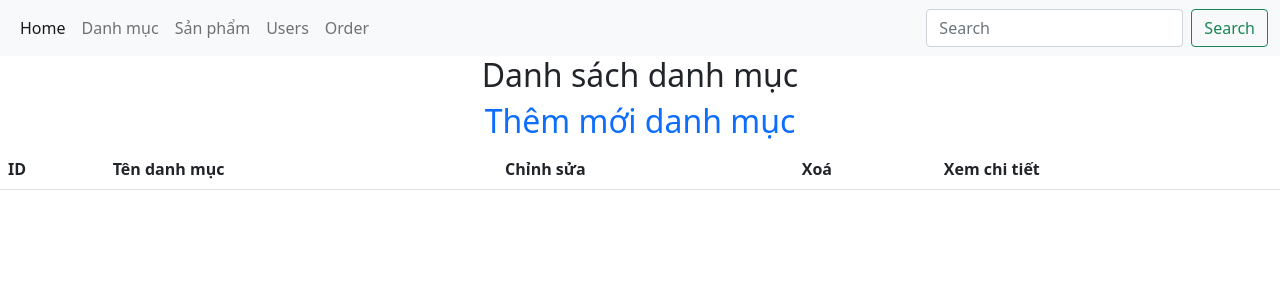
Repository: ThanhNghiadn03/Website-1-JSP-Servlet
Page: http://localhost/new-web-ban-sach/admin-home?action=categories
An editor plug-in stored every save of this project. The page is shown before and after the next save, followed by the edit.
The browser window is 1280 px wide. The pictures show the whole page.
The page is served by Tomcat 9. Other server files are loaded and not shown. Queries for data that is not in the repository find no rows.

Above is the page before, as saved 2023-04-28 15:56:36.

### Project/new-web-ban-sach/src/main/webapp/views/admin/jsp-categories/categories.jsp
<%@ page language="java" contentType="text/html; charset=UTF-8"
	pageEncoding="UTF-8"%>
<%@ taglib uri="http://java.sun.com/jsp/jstl/core" prefix="c"%>
<!DOCTYPE html>
<html>
<head>
<meta charset="UTF-8">
<title>Danh mục</title>
<link
	href="https://cdn.jsdelivr.net/npm/bootstrap@5.0.2/dist/css/bootstrap.min.css"
	rel="stylesheet"
	integrity="sha384-EVSTQN3/azprG1Anm3QDgpJLIm9Nao0Yz1ztcQTwFspd3yD65VohhpuuCOmLASjC"
	crossorigin="anonymous">
</head>
<body>
	<div class="header">
		<nav class="navbar navbar-expand-lg navbar-light bg-light">
			<div class="container-fluid">
				<!-- 				<a class="navbar-brand" href="#"> <img src="logo_casestudy.png"
					width="50px" height="50px">
				</a> -->
				<button class="navbar-toggler" type="button"
					data-bs-toggle="collapse" data-bs-target="#navbarSupportedContent"
					aria-controls="navbarSupportedContent" aria-expanded="false"
					aria-label="Toggle navigation">
					<span class="navbar-toggler-icon"></span>
				</button>
				<div class="collapse navbar-collapse" id="navbarSupportedContent">
					<ul class="navbar-nav me-auto mb-2 mb-lg-0">
						<li class="nav-item"><a class="nav-link active"
							aria-current="page" href=/new-web-ban-sach/admin-home?action=admin>Home</a></li>
						<li class="nav-item"><a class="nav-link"
							href="/new-web-ban-sach/admin-home?action=categories">Danh mục</a></li>
						<li class="nav-item"><a class="nav-link"
							href="/new-web-ban-sach/admin-home?action=products">Sản phẩm</a></li>
						<li class="nav-item"><a class="nav-link"
							href="/new-web-ban-sach/admin-home?action=users">Users</a></li>
						<li class="nav-item"><a class="nav-link"
							href="/new-web-ban-sach/admin-home?action=orders">Order</a></li>
					</ul>
					<form class="d-flex">
						<input class="form-control me-2" type="search"
							placeholder="Search" aria-label="Search">
						<button class="btn btn-outline-success" type="submit">Search</button>
					</form>
				</div>
			</div>
		</nav>
	</div>
	<center>
			<h2 >Danh sách danh mục</h2>
			<h2>
				<a href="/admin-home?action=creatCategories"
						style="text-decoration: none">
						Thêm mới danh mục
				</a>
			</h2>
	</center>
	<div>
		<table class="table">
			<tr>
				<th>ID</th>
				<th>Tên danh mục</th>
				<th>Chỉnh sửa</th>
				<th>Xoá</th>
				<th>Xem chi tiết</th>
			</tr>
			<c:forEach varStatus="count" var="cate" items="${listCate}">
				<tr>
					<td><c:out value="${cate.idCategory}"></c:out></td>
					<td><c:out value="${cate.nameCategory}"></c:out></td>
					<td><a
						href="/admin-home?action=editCate&idCategory=${cate.idCategory}"
						style="text-decoration: none">Chỉnh sửa</a></td>
					<td><a
						href="/admin-home?action=deleteCate&idCategory=${cate.idCategory}"
						style="text-decoration: none">Xoá</a></td>
					<td>
						<a
						href="/admin-home?action=detailCate&idCategory=${cate.idCategory}"
						style="text-decoration: none">Chi tiết</a>
					</td>
				</tr>
			</c:forEach>
		</table>
	</div>
</body>
</html>

### Project/new-web-ban-sach/src/main/java/controller/AdminController.java
package controller;

import java.io.IOException;
import java.util.ArrayList;
import java.util.List;

import javax.servlet.RequestDispatcher;
import javax.servlet.ServletException;
import javax.servlet.annotation.WebServlet;
import javax.servlet.http.HttpServlet;
import javax.servlet.http.HttpServletRequest;
import javax.servlet.http.HttpServletResponse;

import model.Categories;
import service.Implement.CategoriesServiceImpl;
import service.Interfaces.CRUDCategories;

@WebServlet(urlPatterns = {"/admin-home"})
public class AdminController extends HttpServlet  {
	CRUDCategories cateService = new CategoriesServiceImpl();
	/**
	 *
	 */
	private static final long serialVersionUID = 1L;

	protected void doGet(HttpServletRequest request, HttpServletResponse response) throws ServletException, IOException{
		String action = request.getParameter("action");
		if(action == null) {
			action = "admin";
		}
		if(action.equals("categories")) {
			showCategories(request, response);
		} else {
			showAdmin(request, response);
		}
	}

	protected void doPost(HttpServletRequest request, HttpServletResponse response) throws ServletException, IOException {

	}

	private void showCategories(HttpServletRequest request, HttpServletResponse response) {
		List<Categories> listCate = new ArrayList<Categories>();
		listCate = cateService.findAll();
		request.setAttribute("listCate", listCate);
		try {
			request.getRequestDispatcher("/views/admin/jsp-categories/categories.jsp").forward(request, response);
		} catch (ServletException e) {
			// TODO Auto-generated catch block
			System.out.println("Servlet Exception");
		} catch (IOException e) {
			// TODO Auto-generated catch block
			System.out.println("IOException");
		}
	}

	private void showAdmin(HttpServletRequest request, HttpServletResponse response) {
		try {
			request.getRequestDispatcher("/views/admin/admin.jsp").forward(request, response);
		} catch (ServletException e) {
			// TODO Auto-generated catch block
			System.out.println("Servlet Exception");
		} catch (IOException e) {
			// TODO Auto-generated catch block
			System.out.println("IOException");
		}
	}
}

### Project/new-web-ban-sach/src/main/java/service/Implement/CategoriesServiceImpl.java
package service.Implement;

import java.util.List;

import model.Categories;
import repository.Implement.CategoriesRepoImpl;
import repository.Interface.CRUDCategoriesRepo;
import service.Interfaces.CRUDCategories;

public class CategoriesServiceImpl implements CRUDCategories {

	CRUDCategoriesRepo cateRepo = new CategoriesRepoImpl();

	public List<Categories> findAll() {
		// TODO Auto-generated method stub
		return cateRepo.findAll();
	}

	public void insert(Categories t) {
		// TODO Auto-generated method stub
	}

	public void deleteById(int id) {
		// TODO Auto-generated method stub

	}

	public void edit(Categories t) {
		// TODO Auto-generated method stub

	}

	public Categories findCategories(int id) {
		// TODO Auto-generated method stub
		return null;
	}

}

### Project/new-web-ban-sach/src/main/java/repository/Interface/CRUDRepository.java
package repository.Interface;

import java.util.List;

public interface CRUDRepository <T>{
	List<T> findAll();
	void insert(T t);
	void deleteById(int id);
	void edit(T t);
}

### Project/new-web-ban-sach/src/main/java/repository/Interface/CRUDCategoriesRepo.java
package repository.Interface;

import model.Categories;

public interface CRUDCategoriesRepo extends CRUDRepository<Categories>{
	Categories findCategories(int id);
}

### Project/new-web-ban-sach/src/main/java/repository/Implement/CategoriesRepoImpl.java
package repository.Implement;

import java.sql.Connection;
import java.sql.PreparedStatement;
import java.sql.ResultSet;
import java.sql.SQLException;
import java.util.ArrayList;
import java.util.List;

import model.Categories;
import repository.Interface.CRUDCategoriesRepo;
import utils.ConnectionUtils;
import utils.ConstantCategries;

public class CategoriesRepoImpl implements CRUDCategoriesRepo{

	public List<Categories> findAll() {
		// TODO Auto-generated method stub
		List<Categories> listCate = new ArrayList<Categories>();
		Connection connection = ConnectionUtils.getConnection();
		try {
			PreparedStatement preState = connection.prepareStatement(ConstantCategries.SELECT_ALL_CATEGORIES);
			ResultSet rs = preState.executeQuery();
			while(rs.next()) {
				int id = rs.getInt("id");
				String name = rs.getString("nameCategory");
				Categories cate = new Categories(id,name);
				listCate.add(cate);
			}
		} catch (SQLException e) {
			// TODO Auto-generated catch block
			e.printStackTrace();
			System.out.println("SQLException");
		}
		return listCate;
	}

	public void insert(Categories t) {
		// TODO Auto-generated method stub

	}

	public void deleteById(int id) {
		// TODO Auto-generated method stub

	}

	public void edit(Categories t) {
		// TODO Auto-generated method stub

	}

	public Categories findCategories(int id) {
		// TODO Auto-generated method stub
		return null;
	}

}

### Project/new-web-ban-sach/src/main/java/utils/ConnectionUtils.java
package utils;

import java.sql.Connection;
import java.sql.SQLException;
import java.sql.DriverManager;

public class ConnectionUtils {
	private static String jdbcURL = "jdbc:mysql://localhost:3306/trangwebbanhang?useSSL=false";
	private static String userName = "root";
	private static String password = "123456";
	public static Connection getConnection() {
		Connection connection = null;
			try {
				Class.forName("com.mysql.cj.jdbc.Driver");
			} catch (ClassNotFoundException e1) {
				// TODO Auto-generated catch block
				e1.printStackTrace();
				System.out.println("Class not found");
			}
			try {
				connection = DriverManager.getConnection(jdbcURL,userName, password);
			} catch (SQLException e) {
				// TODO Auto-generated catch block
				e.printStackTrace();
				System.out.println("SQLException");
			}
			System.out.println("Ket noi thanh cong");
		return connection;
	}

	public static void main(String[] args) {
		getConnection();
	}


}

After the next save:
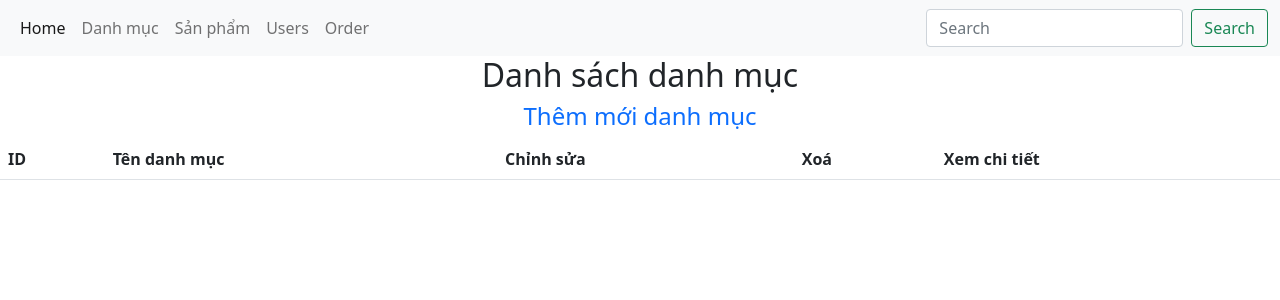
Saved 18 s later.
--- a/Project/new-web-ban-sach/src/main/webapp/views/admin/jsp-categories/categories.jsp
+++ b/Project/new-web-ban-sach/src/main/webapp/views/admin/jsp-categories/categories.jsp
@@ -49,12 +49,12 @@
 	</div>
 	<center>
 			<h2 >Danh sách danh mục</h2>
-			<h2>
+			<h4>
 				<a href="/admin-home?action=creatCategories"
 						style="text-decoration: none">
 						Thêm mới danh mục
 				</a>
-			</h2>
+			</h4>
 	</center>
 	<div>
 		<table class="table">
